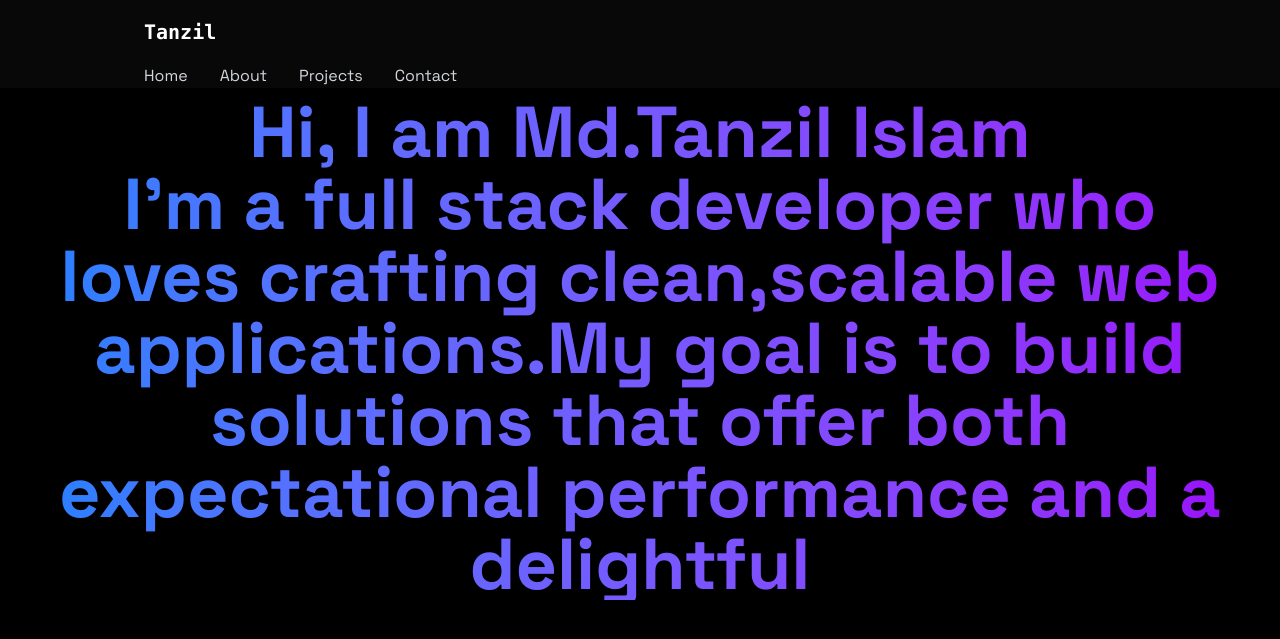
Repository: tanimtanzilislam/my_portfolio
Page: /
An editor plug-in stored every save of this project. The page is shown before and after the next save, followed by the edit.
The browser window is 1280 px wide. The pictures show the whole page.
The project was rebuilt for these pictures with package versions that can differ from the ones it lists, and the page was loaded fresh each time. Also part of the build but not shown: vite.config.js.

Above is the page before, as saved 2025-05-10 11:41:24.

After the next save:
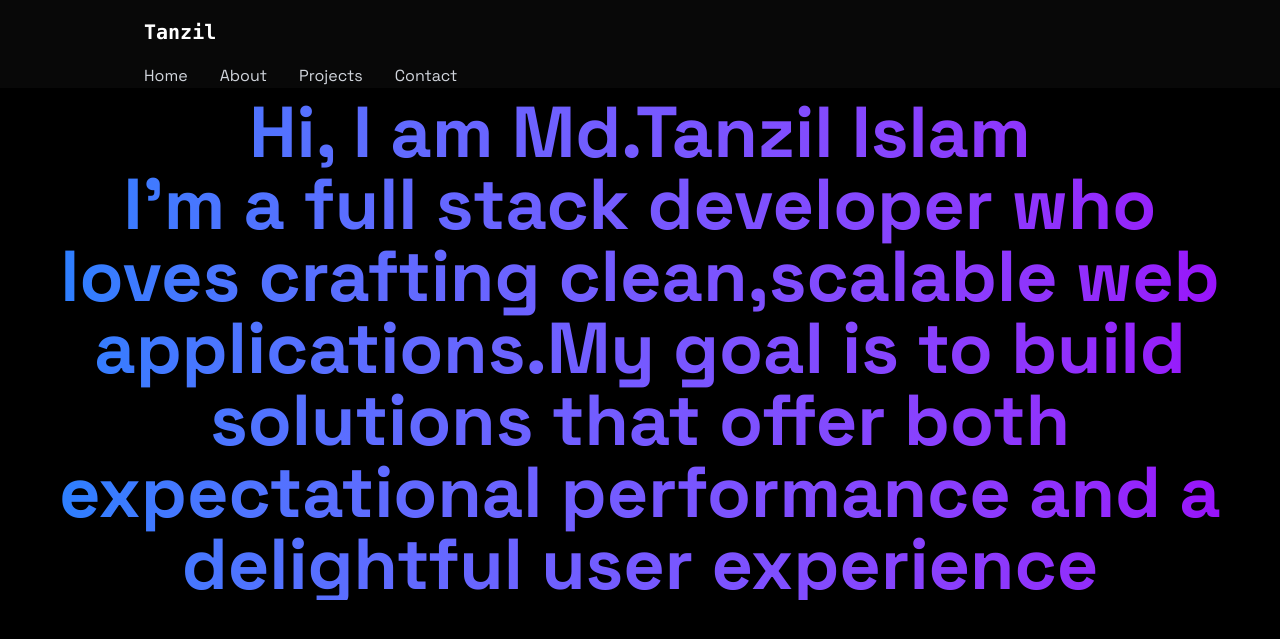
Saved 5 s later.
--- a/src/components/sections/Home.jsx
+++ b/src/components/sections/Home.jsx
@@ -3,7 +3,7 @@ export const Home =()=>{
         <div className="text-center z-10 px-14">
             <h1 className="text-5xl md:text-7xl font-bold mb-6 bg-gradient-to-r from-blue-500 to-purple-600 bg-clip-text text-transparent leading-right">Hi, I am Md.Tanzil Islam
                 <p>
-                    I'm a full stack developer who loves crafting clean,scalable web applications.My goal is to build solutions that offer both expectational performance and a delightful                </p>
+                    I'm a full stack developer who loves crafting clean,scalable web applications.My goal is to build solutions that offer both expectational performance and a delightful user experience                </p>
             </h1>
         </div>
     </section>
